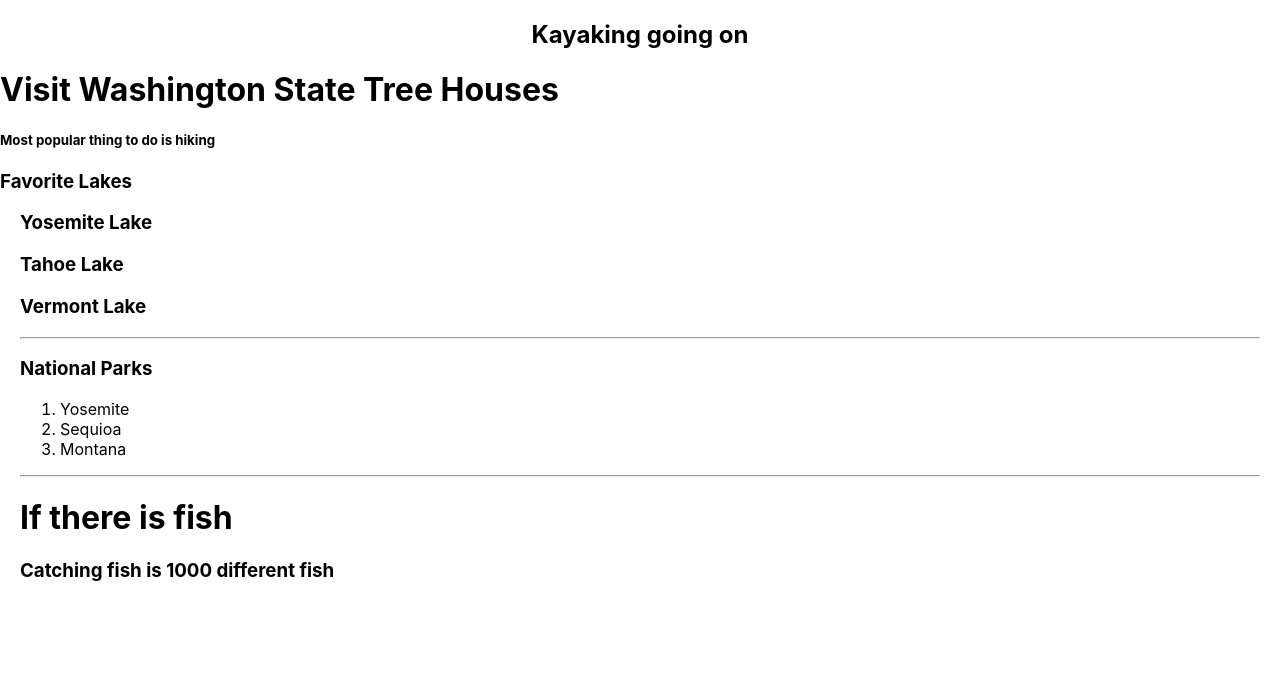
Repository: CaptainStorm21/intro-react-hooks
Page: /
These files come from the project's save history. The page is drawn as it stood at one moment and after a run of saves; the edit follows.
The browser window is 1280 px wide. The pictures show the whole page.
The project was rebuilt for these pictures with package versions that can differ from the ones it lists, and the page was loaded fresh each time.

Above is the page before, as saved 2020-05-27 00:06:25.

After the next 2 saves:
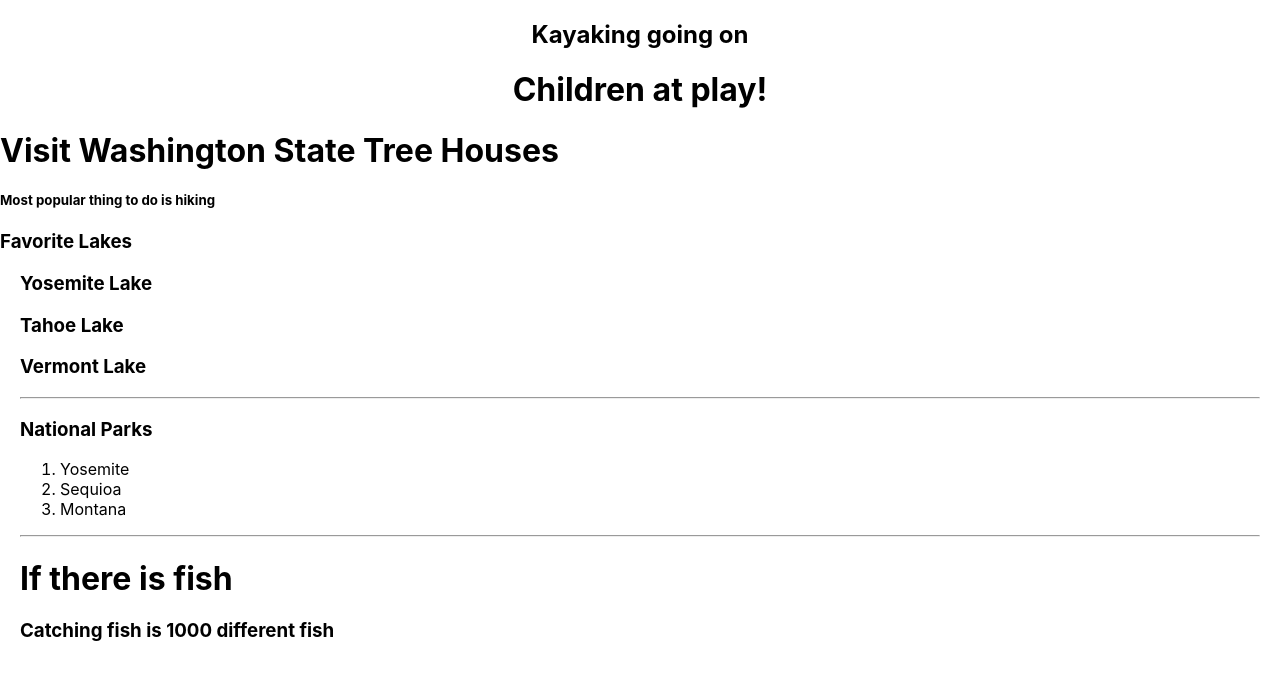
The 2 saves are shown as one change because they came seconds apart.
The last was saved 6 s later.
--- a/src/Fragment.js
+++ b/src/Fragment.js
@@ -17,7 +17,7 @@ function Fragment() {
   return (
     <div className="App">
           <Kayak />
-
+          <Kids/>
     </div>
   );
 }
